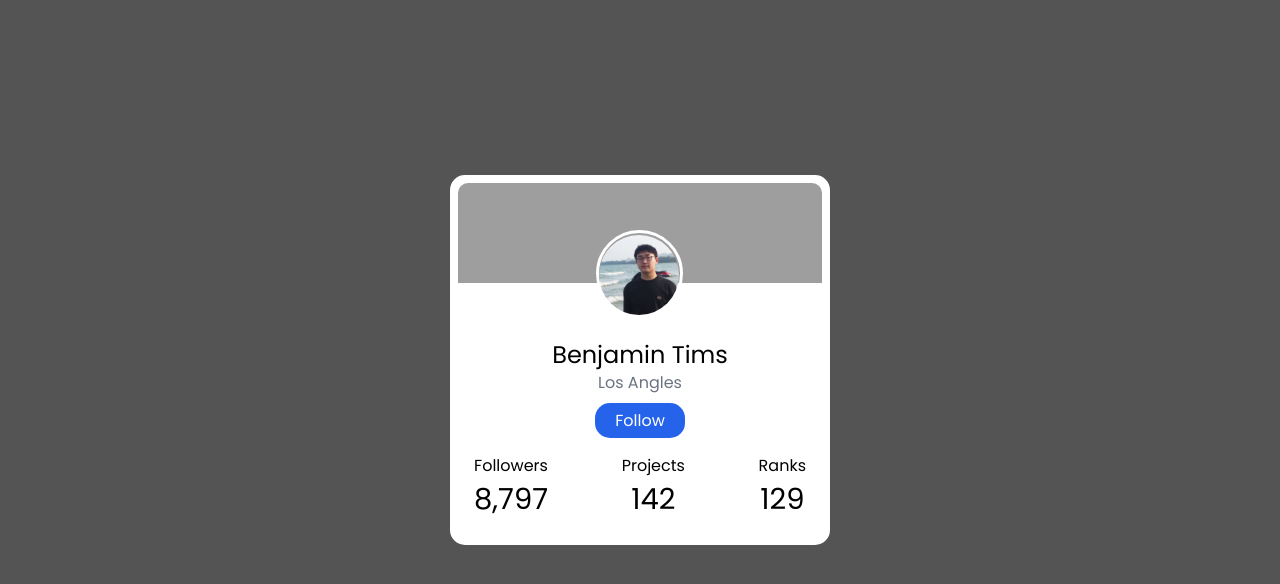
Repository: varotsk137/INT203_62130500080
Page: 62130500080_groupwork_2/myprofile.html
The author's editor kept a copy of each file at every save. The page is drawn from the files as they stood at one save, then again after the next save.
The browser window is 1280 px wide. The pictures show the whole page.
Pictures or frames that could not be fetched are drawn as grey boxes.

Above is the page before, as saved 2021-02-03 11:01:54.

### 62130500080_groupwork_2/myprofile.html
<!DOCTYPE html>
<html lang="en">

<head>
  <meta charset="UTF-8" />
  <meta name="viewport" content="width=device-width, initial-scale=1.0" />
  <title>Basic Vue Js - HelloWorld App</title>

  <!-- https://google.github.io/material-design-icons/#icon-font-for-the-web -->
  <!-- Using via Google Web Fonts -->
  <link href="https://fonts.googleapis.com/icon?family=Material+Icons" rel="stylesheet" />

  <!-- https://tailwindcss.com/docs/installation -->
  <!-- Using Tailwind via CDN -->
  <link href="https://unpkg.com/tailwindcss@^2/dist/tailwind.min.css" rel="stylesheet" />

  <!-- https://v3.vuejs.org/guide/installation.html#release-notes -->
  <!-- Vue CDN -->
  <script src="https://unpkg.com/vue@next"></script>

  <style>
    @import url("https://fonts.googleapis.com/css2?family=Poppins:weight@100;200;300;400;500;600;700;800&display=swap");

    body {
      background-color: #545454;
      font-family: "Poppins", sans-serif;
      font-weight: 300
    }

    .container {
      height: 100vh
    }

    .card {
      width: 380px;
      border: none;
      border-radius: 15px;
      padding: 8px;
      background-color: #fff;
      position: relative;
      height: 370px
    }

    .upper {
      height: 100px
    }

    .upper img {
      width: 100%;
      border-top-left-radius: 10px;
      border-top-right-radius: 10px
    }

    .user {
      position: relative
    }

    .profile img {
      height: 80px;
      width: 80px;
      margin-top: 2px
    }

    .profile {
      position: absolute;
      top: -53px;
      left: 38%;
      height: 87px;
      width: 87px;
      border: 3px solid #fff;
      border-radius: 50%
    }

    .follow {
      border-radius: 15px;
      padding-left: 20px;
      padding-right: 20px;
      height: 35px
    }

    .stats span {
      font-size: 29px
    }
  </style>
</head>

<body>
  <div id="app" class="container flex justify-center items-center">
    <div class="card">
      <div class="upper"> <img :src="bg" class="h-full"> </div>
      <div class="user text-center justify-center">
        <div class="profile"> <img :src="me" class="rounded-full" width="80"> </div>
      </div>
      <div class="mt-14 text-center">
        <h4 class="mb-0 text-2xl">Benjamin Tims</h4> <span class="text-muted block mb-2 text-gray-500">Los Angles</span> <button
          class="follow text-white bg-blue-600 hover:bg-blue-700 transition ease-in-out duration-500">Follow</button>
        <div class="flex justify-between items-center mt-4 px-4">
          <div class="stats">
            <h6 class="mb-0">Followers</h6> <span>8,797</span>
          </div>
          <div class="stats">
            <h6 class="mb-0">Projects</h6> <span>142</span>
          </div>
          <div class="stats">
            <h6 class="mb-0">Ranks</h6> <span>129</span>
          </div>
        </div>
      </div>
    </div>
  </div>

  <!-- my main.js -->
  <script src="./profile.js"></script>
</body>

</html>

### 62130500080_groupwork_2/profile.js
const app = {
    data() {
        return {
                bg: "./images/bg.png"
            ,   me: "./images/me.jpg"
            ,   name: "Varot Tirakhuntorn"
            ,   location: "Thailand"
        }
    }
    ,created() {
        console.log("message is: "+this.msg)
    }
    , updated (){
        console.log("message change to: "+this.msg)
    }


}


var mountedApp = Vue.createApp(app).mount('#app');

After the next save:
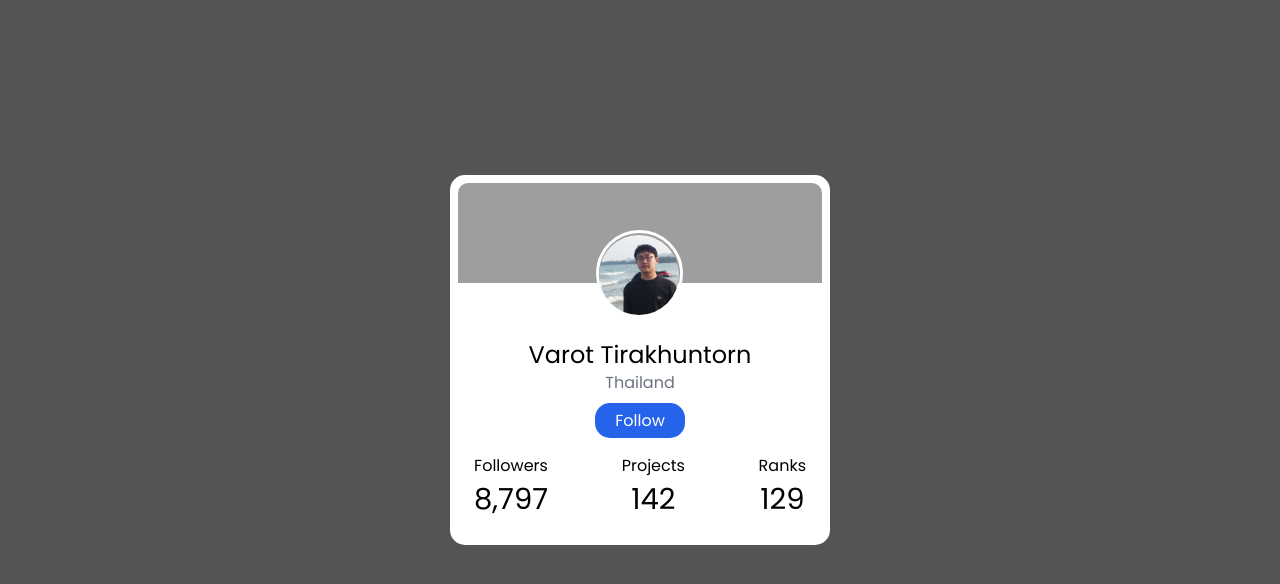
Saved 6 s later.
--- a/62130500080_groupwork_2/myprofile.html
+++ b/62130500080_groupwork_2/myprofile.html
@@ -92,7 +92,7 @@
         <div class="profile"> <img :src="me" class="rounded-full" width="80"> </div>
       </div>
       <div class="mt-14 text-center">
-        <h4 class="mb-0 text-2xl">Benjamin Tims</h4> <span class="text-muted block mb-2 text-gray-500">Los Angles</span> <button
+        <h4 class="mb-0 text-2xl">{{ name }}</h4> <span class="text-muted block mb-2 text-gray-500">{{ location }}</span> <button
           class="follow text-white bg-blue-600 hover:bg-blue-700 transition ease-in-out duration-500">Follow</button>
         <div class="flex justify-between items-center mt-4 px-4">
           <div class="stats">
